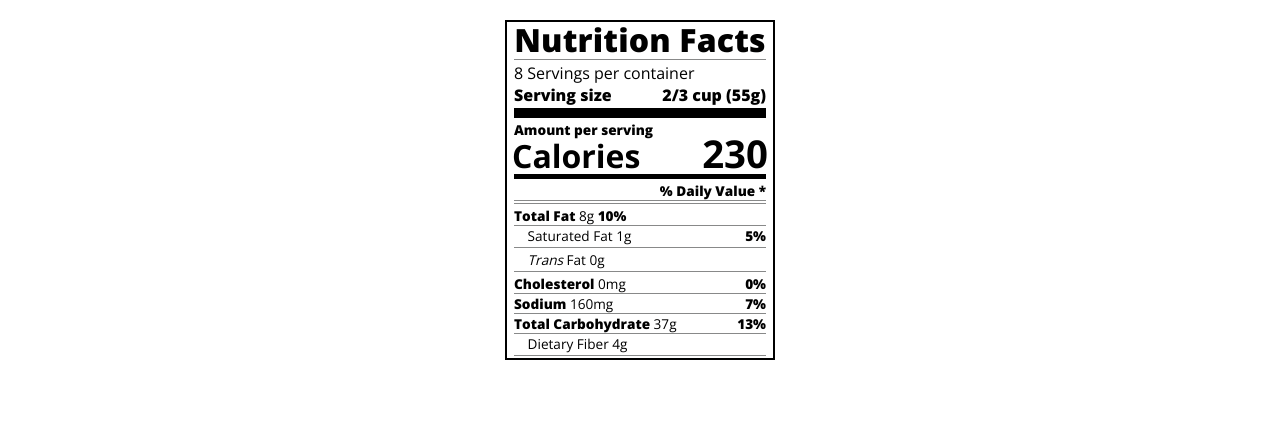
Repository: Lungdjos/typography
Page: index.html
These files come from the project's save history. The page is drawn as it stood at one moment and after the next save; the edit follows.
The browser window is 1280 px wide. The pictures show the whole page.

Above is the page before, as saved 2023-10-28 02:30:59.

### index.html
<!DOCTYPE html>
<html lang="en">

<head>
    <meta charset="UTF-8">
    <meta name="viewport" content="width=device-width, initial-scale=1.0">
    <title>Nutrition Label</title>
    <link rel="stylesheet" href="styles.css">
    <link rel="stylesheet" href="https://fonts.googleapis.com/css?family=Open+Sans:400,700,800">
</head>

<body>
    <div class="label">
        <header>
            <h1 class="bold">Nutrition Facts</h1>
            <div class="divider"></div>
            <p>8 Servings per container</p>
            <p class="bold">Serving size <span>2/3 cup (55g)</span></p>
        </header>
        <div class="divider large"></div>
        <div class="calories-info">
            <div class="left-container">
                <h2 class="bold small-text">Amount per serving</h2>
                <p>Calories</p>
            </div>
            <span>230</span>
        </div>
        <div class="divider medium"></div>
        <div class="daily-value small-text">
            <p class="bold right">% Daily Value *</p>
            <div class="divider"></div>
            <p><span><span class="bold">Total Fat</span> 8g <span class="bold">10%</span></span>
            </p>
            <p class="indent no-divider">Saturated Fat 1g <span class="bold">5%</span></p>
            <div class="divider"></div>
            <p class="indent no-divider"><span><i>Trans</i> Fat 0g</span></p>
            <div class="divider"></div>
            <p><span><span class="bold">Cholesterol </span> 0mg</span> <span class="bold">0%</span></p>
            <p><span><span class="bold">Sodium</span> 160mg</span> <span class="bold">7%</span></p>
            <p><span><span class="bold">Total Carbohydrate</span> 37g</span> <span class="bold">13%</span></p>
            <p class="indent no-divider">Dietary Fiber 4g</p>
            <div class="divider"></div>
        </div>
    </div>

</body>

</html>

### styles.css
body {
    font-family: "Open Sans", sans-serif;
}

html {
    font-size: 16px;
}

.label {
    border: 2px solid black;
    width: 270px;
    margin: 20px auto;
    padding: 0 7px;
}

* {
    box-sizing: border-box;
}

header h1 {
    text-align: center;
    margin: -4px 0;
    letter-spacing: .15PX;
}

p {
    margin: 0;
    display: flex;
    justify-content: space-between;
}

.divider {
    border-bottom: 1px solid #888989;
    margin: 2px 0;
}

.bold {
    font-weight: 800;
}

.large {
    height: 10px;
}

.large,
.medium {
    background-color: black;
    border: 0;
}

.small-text {
    font-size: .85rem;
}

.calories-info h2 {
    margin: 0;
}

.calories-info {
    display: flex;
    justify-content: space-between;
    align-items: flex-end;
}

.left-container p {
    margin: -5px -2px;
    font-size: 2em;
    font-weight: 700;
}

.calories-info span {
    font-size: 2.4em;
    font-weight: 700;
    margin: -7px -2px;
}

.medium {
    height: 5px;
}

.right {
    justify-content: flex-end;
}

.indent {
    margin-left: 1em;
}

.daily-value p:not(.no-divider) {
    border-bottom: 1px solid #888989;
}

After the next save:
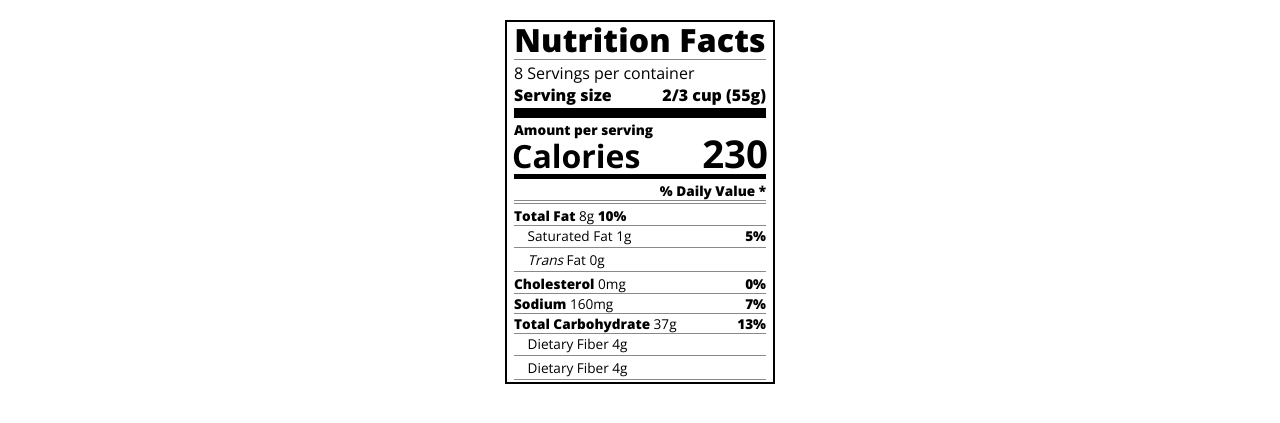
Saved 71 s later.
--- a/index.html
+++ b/index.html
@@ -40,6 +40,8 @@
             <p><span><span class="bold">Total Carbohydrate</span> 37g</span> <span class="bold">13%</span></p>
             <p class="indent no-divider">Dietary Fiber 4g</p>
             <div class="divider"></div>
+            <p class="indent no-divider">Dietary Fiber 4g</p>
+            <div class="divider"></div>
         </div>
     </div>
 
